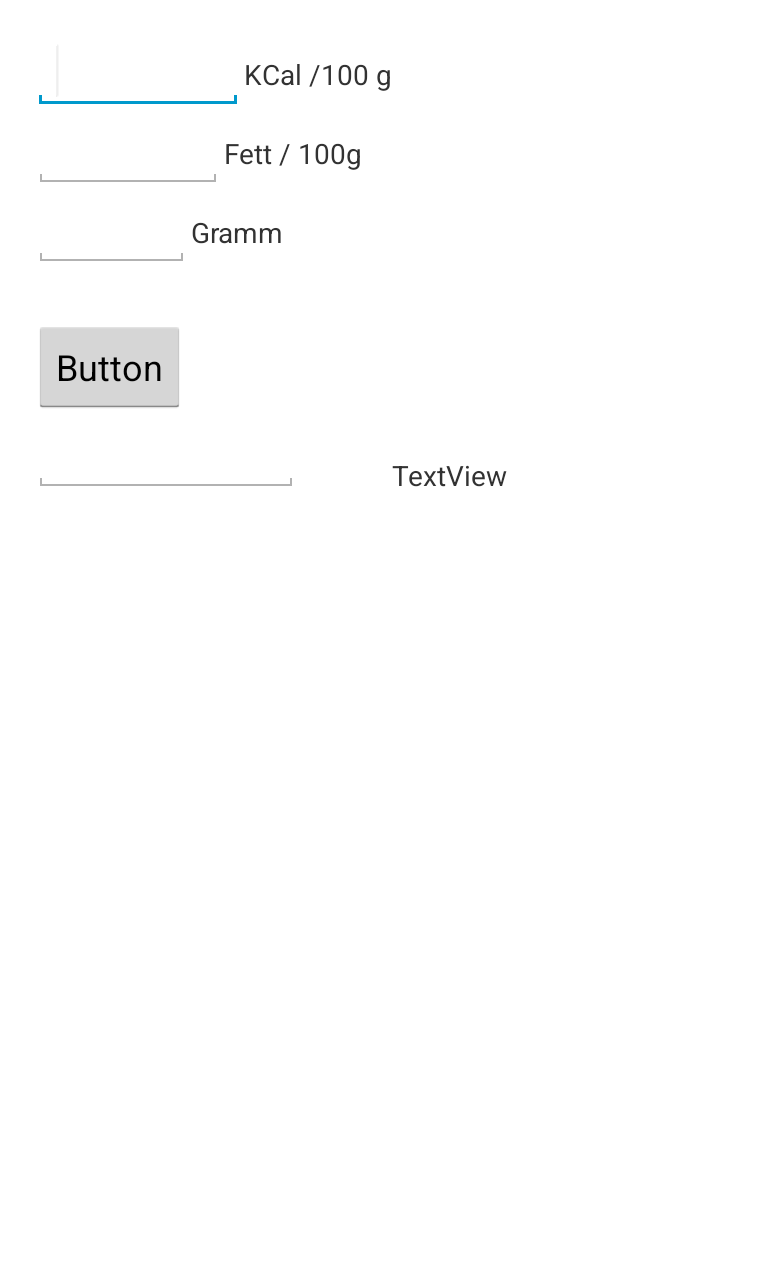
Repository: mikereckhaus/BineWatchers
Layout: BineWatchers/res/layout/activity_main.xml
These files come from the project's save history. The layout is drawn as it stood at one moment and after the next save; the edit follows.
It is drawn on a 768 x 1280 px phone screen (xhdpi) without system bars, with theme AppTheme; the app's code is not run.

Above is the layout before, as saved 2014-01-06 21:18:42.

After the next save:
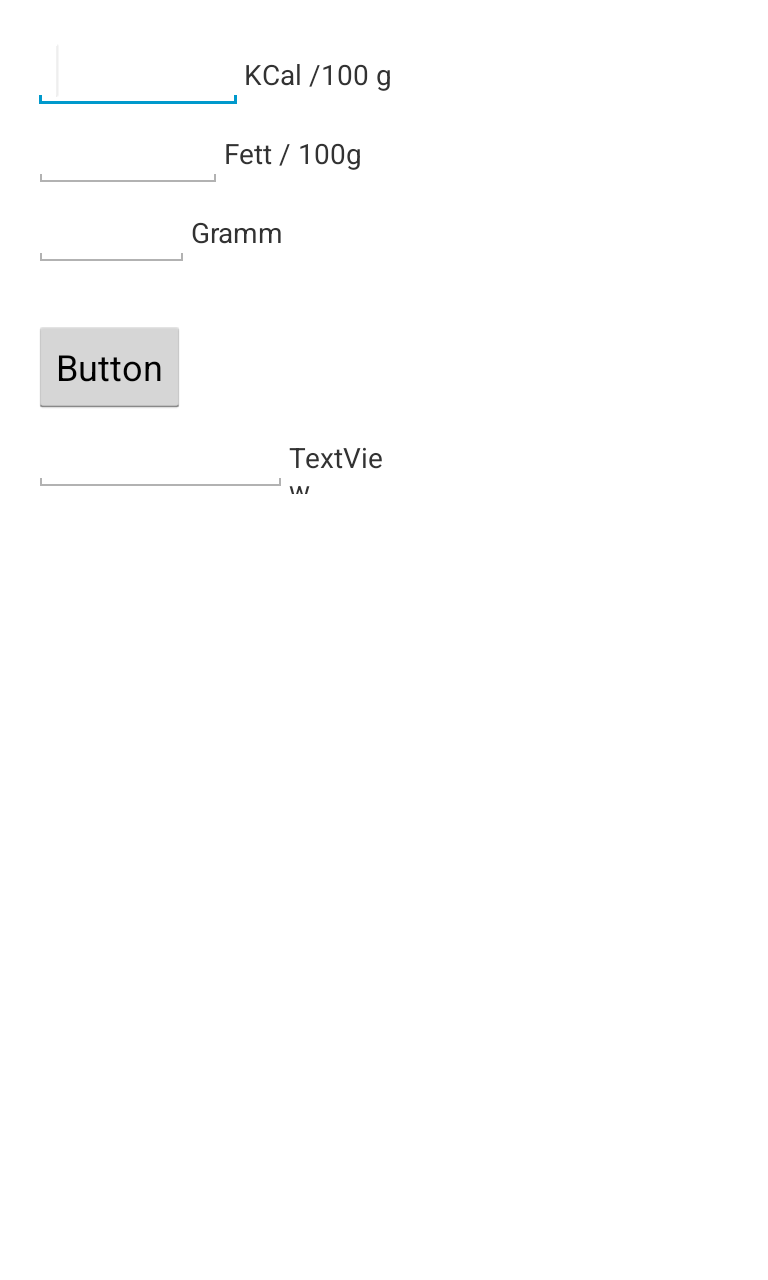
Saved 113 s later.
--- a/BineWatchers/res/layout/activity_main.xml
+++ b/BineWatchers/res/layout/activity_main.xml
@@ -82,21 +82,27 @@
             android:layout_marginTop="25dp"
             android:text="Button" />
 
-        <EditText
-            android:id="@+id/editTextPoints"
-            android:layout_width="134dp"
-            android:layout_height="wrap_content"
-            android:ems="10"
-            android:inputType="numberDecimal" />
+        <LinearLayout
+            android:layout_width="match_parent"
+            android:layout_height="wrap_content" >
+
+            <EditText
+                android:id="@+id/editTextPoints"
+                android:layout_width="134dp"
+                android:layout_height="wrap_content"
+                android:layout_weight="1"
+                android:ems="10"
+                android:inputType="numberDecimal" />
+
+            <TextView
+                android:id="@+id/textView4"
+                android:layout_width="wrap_content"
+                android:layout_height="wrap_content"
+                android:layout_weight="1"
+                android:text="TextView" />
+
+        </LinearLayout>
 
     </LinearLayout>
 
-    <TextView
-        android:id="@+id/textView4"
-        android:layout_width="wrap_content"
-        android:layout_height="wrap_content"
-        android:layout_alignBottom="@+id/linearLayout1"
-        android:layout_toRightOf="@+id/linearLayout1"
-        android:text="TextView" />
-
 </RelativeLayout>
